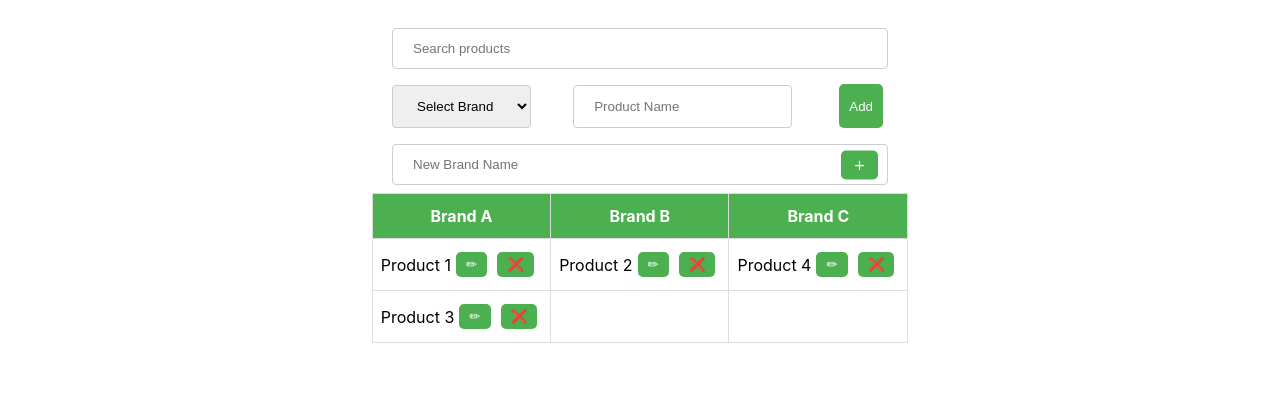
Repository: sunilkc-7/product-manager-app
Page: /
The author's editor kept a copy of each file at every save. The page is drawn from the files as they stood at one save, then again after the next save.
The browser window is 1280 px wide. The pictures show the whole page.
The project was rebuilt for these pictures with package versions that can differ from the ones it lists, and the page was loaded fresh each time.

Above is the page before, as saved 2023-08-02 21:23:20.

### src/App.js
import React, { useState, useEffect } from "react";
import "./App.css";
import data from "./data/data.json";

function App() {
  const [products, setProducts] = useState(
    data.map((p) => ({ ...p, isEditing: false }))
  );
  const [productName, setProductName] = useState("");
  const [search, setSearch] = useState("");
  const [newBrandName, setNewBrandName] = useState("");
  const [currentBrand, setCurrentBrand] = useState("");
  const [editedName, setEditedName] = useState("");
  const [brandNames, setBrandNames] = useState([]);

  useEffect(() => {
    setBrandNames([...Array.from(new Set(products.map((p) => p.brand)))]);
  }, [products]);

  const addBrand = () => {
    if (newBrandName) {
      setBrandNames([newBrandName, ...brandNames]);
      setNewBrandName("");
    }
  };

  const addProduct = () => {
    if ((currentBrand || newBrandName) && productName) {
      setProducts([
        ...products,
        {
          brand: currentBrand,
          name: productName,
          isEditing: false,
        },
      ]);
      setProductName("");
    }
  };

  const deleteProduct = (productToDelete) => {
    setProducts(products.filter((product) => product !== productToDelete));
  };

  const editProduct = (productToEdit) => {
    setProducts(
      products.map((product) =>
        product === productToEdit ? { ...product, isEditing: true } : product
      )
    );
    setEditedName(productToEdit.name);
  };

  const updateProduct = (productToUpdate) => {
    setProducts(
      products.map((product) =>
        product === productToUpdate
          ? { ...product, name: editedName, isEditing: false }
          : product
      )
    );
  };

  const filteredProducts = products.filter((product) =>
    product.name.toLowerCase().includes(search.toLowerCase())
  );

  const maxProductsInBrand = brandNames.reduce((max, brandName) => {
    const relatedProducts = filteredProducts.filter(
      (p) => p.brand === brandName
    );
    return relatedProducts.length > max ? relatedProducts.length : max;
  }, 0);

  return (
    <div className="App">
      <input
        className="inputSearch"
        type="text"
        value={search}
        onChange={(e) => setSearch(e.target.value)}
        placeholder="Search products"
      />
      <div className="select-container">
        <select
          style={{ maxHeight: "100px", overflow: "auto" }}
          onChange={(e) => setCurrentBrand(e.target.value)}
        >
          <option value="">Select Brand</option>
          {brandNames.map((brandName, index) => (
            <option key={index} value={brandName}>
              {brandName}
            </option>
          ))}
        </select>

        <input
          type="text"
          placeholder="Product Name"
          value={productName}
          onChange={(e) => setProductName(e.target.value)}
        />
        <button className="buttonContainer" onClick={addProduct}>
          Add
        </button>
      </div>
      <div className="inputContainer">
        <input
          className="inputWithButton"
          type="text"
          placeholder="New Brand Name"
          value={newBrandName}
          onChange={(e) => setNewBrandName(e.target.value)}
        />
        <button className="insideButton" onClick={addBrand}>
          +
        </button>
      </div>
      <table>
        <thead>
          <tr>
            {brandNames.map((brandName) => (
              <th key={brandName}>{brandName}</th>
            ))}
          </tr>
        </thead>
        <tbody>
          {Array.from({ length: maxProductsInBrand }, (_, i) => (
            <tr key={i}>
              {brandNames.map((brandName) => {
                const relatedProducts = filteredProducts
                  .filter((p) => p.brand === brandName)
                  .sort((a, b) => a.name.localeCompare(b.name));

                const product = relatedProducts[i];
                return product ? (
                  <td key={product.name}>
                    <div style={{ display: "flex", alignItems: "center" }}>
                      {product.isEditing ? (
                        <input
                          value={editedName}
                          onChange={(e) => setEditedName(e.target.value)}
                        />
                      ) : (
                        <div style={{ whiteSpace: "nowrap" }}>
                          {product.name}
                        </div>
                      )}
                      {product.isEditing ? (
                        <button onClick={() => updateProduct(product)}>
                          Save
                        </button>
                      ) : (
                        <button onClick={() => editProduct(product)}>✏</button>
                      )}
                      <button onClick={() => deleteProduct(product)}>❌</button>
                    </div>
                  </td>
                ) : (
                  <td key={brandName + i}></td>
                );
              })}
            </tr>
          ))}
        </tbody>
      </table>
    </div>
  );
}

export default App;

### src/App.css
:root {
  --button-padding: 5px 10px;
  --button-bg-color: #4caf50;
  --button-hover-bg-color: #45a049;
  --input-padding: 12px 20px;
  --input-border: 1px solid #ccc;
  --input-border-radius: 4px;
}

.App {
  align-items: center;
  display: flex;
  flex-direction: column;
  padding: 20px;
}

table {
  border-collapse: collapse;
  border-spacing: 10px;
  margin-bottom: 20px;
  width: 40%;
}

th,
td {
  border: 1px solid #ddd;
  padding: 8px;
  text-align: center;
}

th {
  background-color: var(--button-bg-color);
  color: white;
  padding-bottom: 12px;
  padding-top: 12px;
}

button {
  background-color: var(--button-bg-color);
  border: none;
  border-radius: 5px;
  color: white;
  cursor: pointer;
  margin: 5px;
  padding: var(--button-padding);
}

button:hover {
  background-color: var(--button-hover-bg-color);
}

input[type="text"],
select {
  border: var(--input-border);
  border-radius: var(--input-border-radius);
  box-sizing: border-box;
  display: inline-block;
  margin: 8px 0;
  padding: var(--input-padding);
}

.inputSearch {
  width: 40%;
}

.inputContainer {
  position: relative;
  width: 40%;
}

.inputWithButton {
  width: 100%;
}

.insideButton {
  cursor: pointer;
  margin: auto;
  position: absolute;
  right: 10px;
  top: 50%;
  transform: translateY(-50%);
  height: 29px;
  width: 37px;
  font-size: 18px;
}

.select-container {
  display: flex;
  flex-wrap: wrap;
  justify-content: space-between;
  width: 40%;
}

.buttonContainer {
  height: 44px;
  margin-top: 7px;
  width: auto;
}

### src/data/data.json
[
  { "brand": "Brand A", "name": "Product 1" },
  { "brand": "Brand B", "name": "Product 2" },
  { "brand": "Brand A", "name": "Product 3" },
  { "brand": "Brand C", "name": "Product 4" }
]

Loaded but not shown: public/index.html (common file); src/index.js (common file); src/index.css (common file); src/reportWebVitals.js (common file)

After the next save:
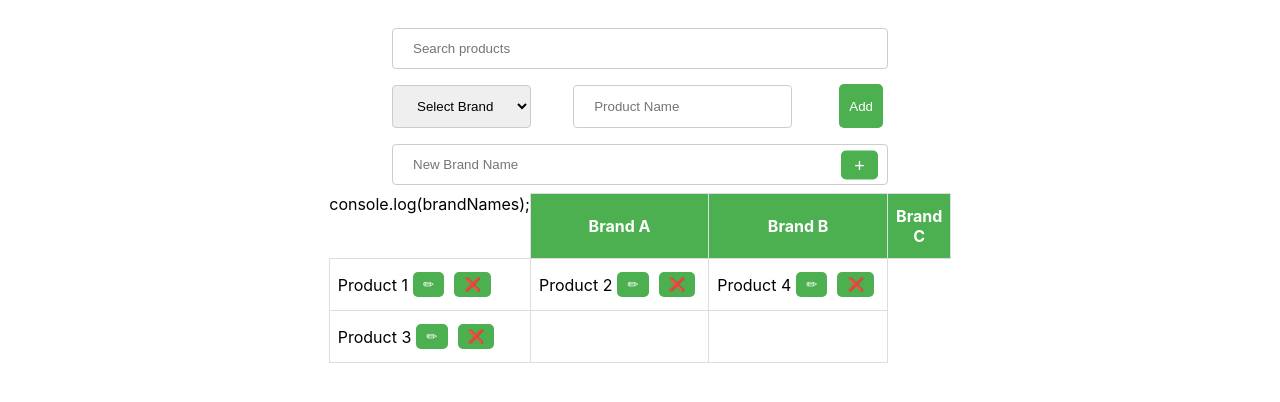
Saved 70 s later.
--- a/src/App.js
+++ b/src/App.js
@@ -119,6 +119,7 @@
       <table>
         <thead>
           <tr>
+            console.log(brandNames);
             {brandNames.map((brandName) => (
               <th key={brandName}>{brandName}</th>
             ))}

After the save that followed:
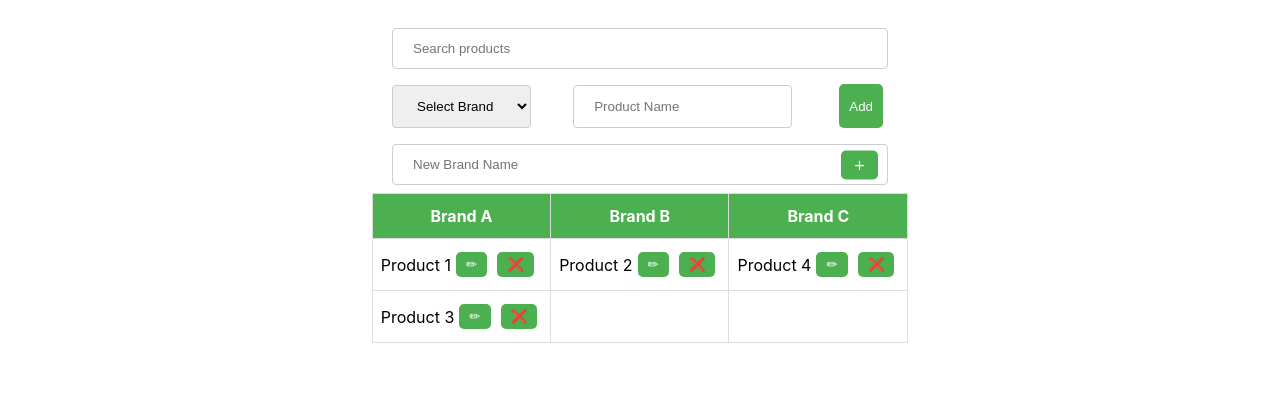
Saved 2 min 25 s later.
--- a/src/App.js
+++ b/src/App.js
@@ -119,10 +119,10 @@
       <table>
         <thead>
           <tr>
-            console.log(brandNames);
-            {brandNames.map((brandName) => (
-              <th key={brandName}>{brandName}</th>
-            ))}
+            {brandNames.map((brandName) => {
+              console.log(brandNames);
+              return <th key={brandName}>{brandName}</th>;
+            })}
           </tr>
         </thead>
         <tbody>
